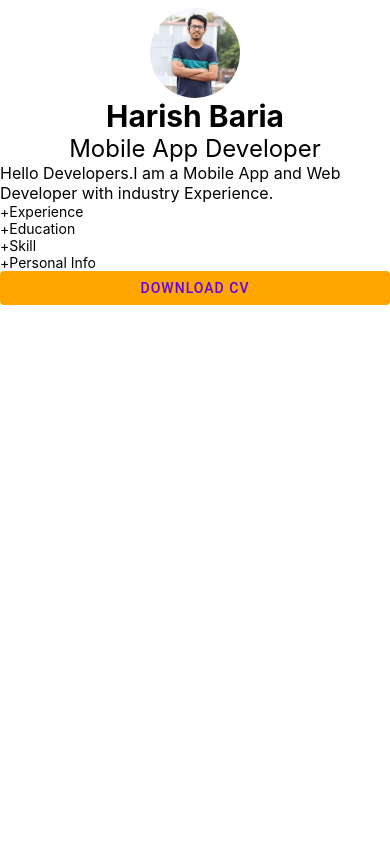
Repository: harishbariya/React-Native-ui-desiign
Screen: /
An editor plug-in stored every save of this project. The screen is shown before and after the next save, followed by the edit.
The app was drawn by React Native's web renderer in a window 390 px wide. The project was rebuilt for these pictures with package versions that can differ from the ones it lists, and the page was loaded fresh each time.

Above is the screen before, as saved 2021-11-17 14:34:02.

After the next save:
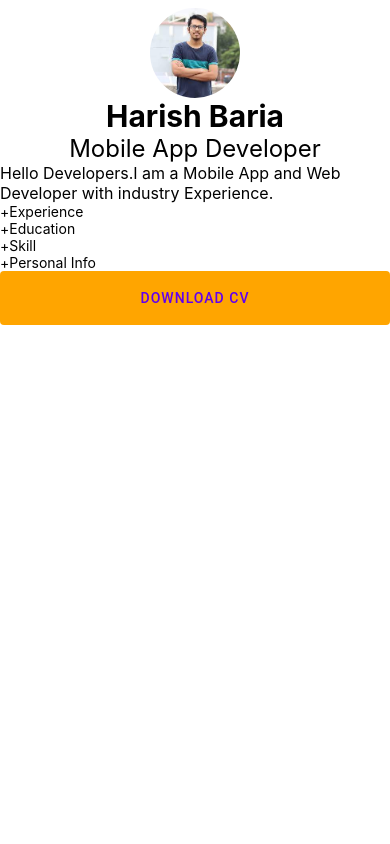
Saved 26 min 27 s later.
--- a/App.js
+++ b/App.js
@@ -39,7 +39,7 @@ class App extends Component
 
 
           <View>
-            <Button style={{backgroundColor:"orange"}}>Download CV</Button>
+            <Button style={{backgroundColor:"orange",padding:10}}>Download CV</Button>
           </View>
       </View>
 
